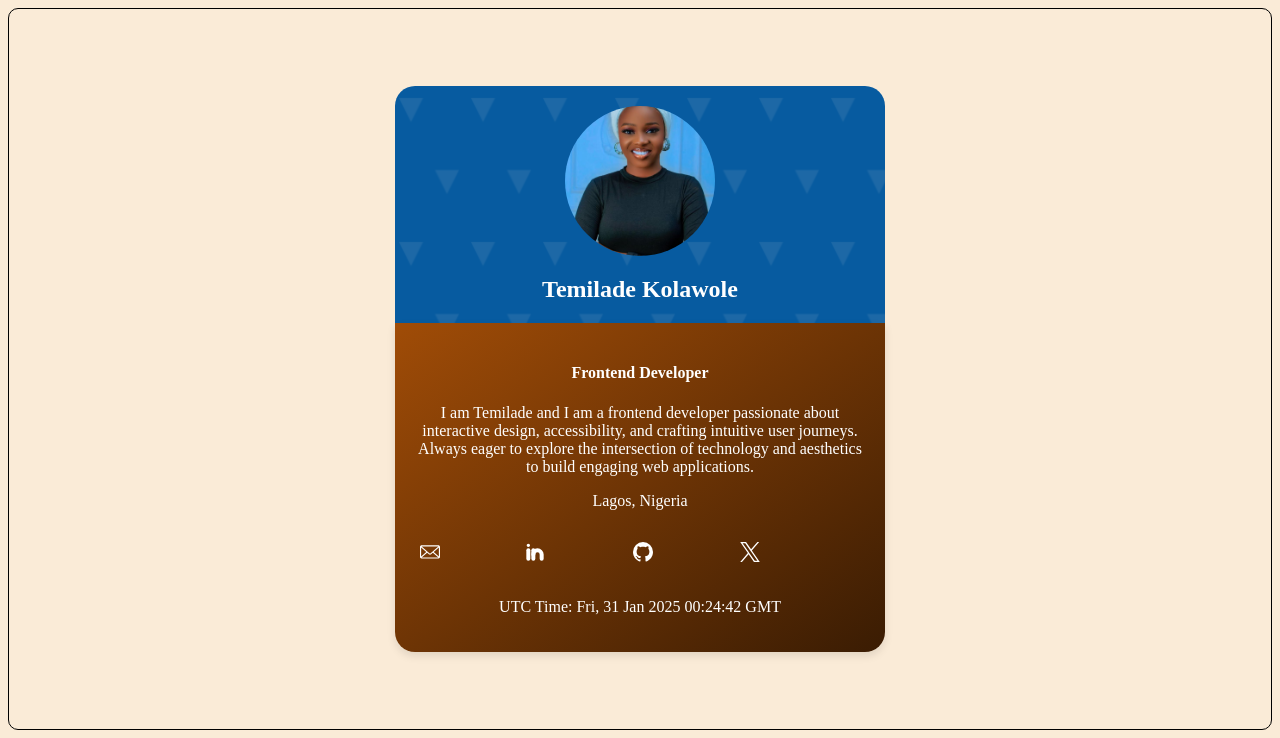
Repository: KolawoleTemilade/ticket-guarantor
Page: profilecard/index..html
The author's editor kept a copy of each file at every save. The page is drawn from the files as they stood at one save, then again after the next save.
The browser window is 1280 px wide. The pictures show the whole page.

Above is the page before, as saved 2025-02-05 01:26:51.

After the next save:
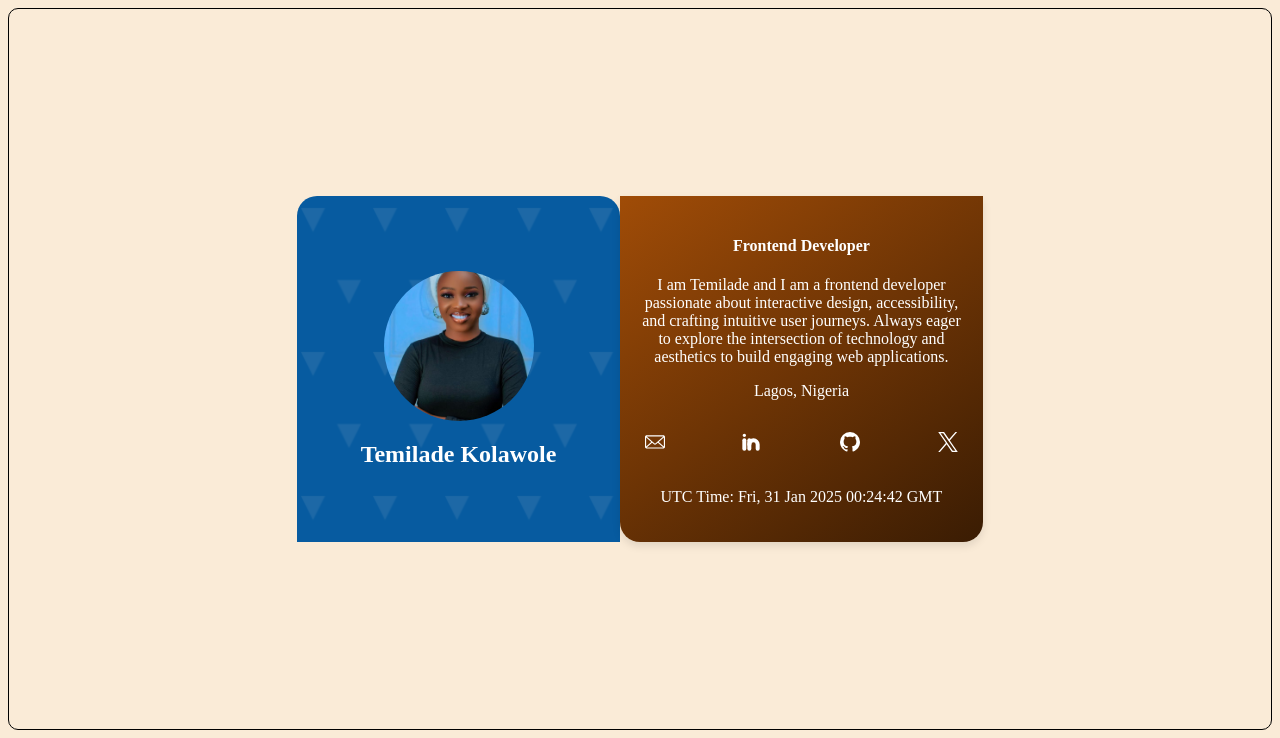
Saved 4 s later.
--- a/profilecard/style.css
+++ b/profilecard/style.css
@@ -8,7 +8,7 @@
   background-color: antiquewhite;
 }
 section{
-  df
+  display: flex;
 }
 
 .card {

After the 6 saves that followed:
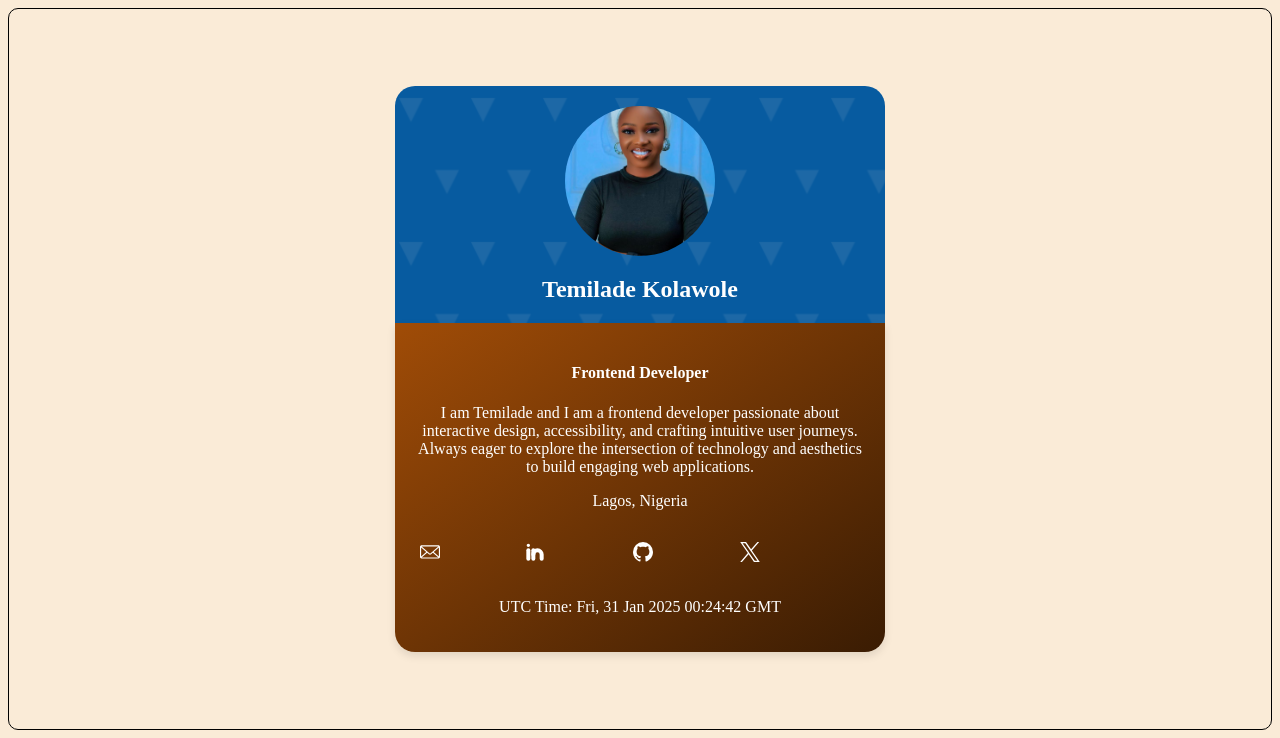
The 6 saves are shown as one change because 1 left the picture as it was and some came seconds apart.
The last was saved 18 s later.
--- a/profilecard/style.css
+++ b/profilecard/style.css
@@ -9,6 +9,8 @@
 }
 section{
   display: flex;
+  flex-direction: column;
+
 }
 
 .card {
